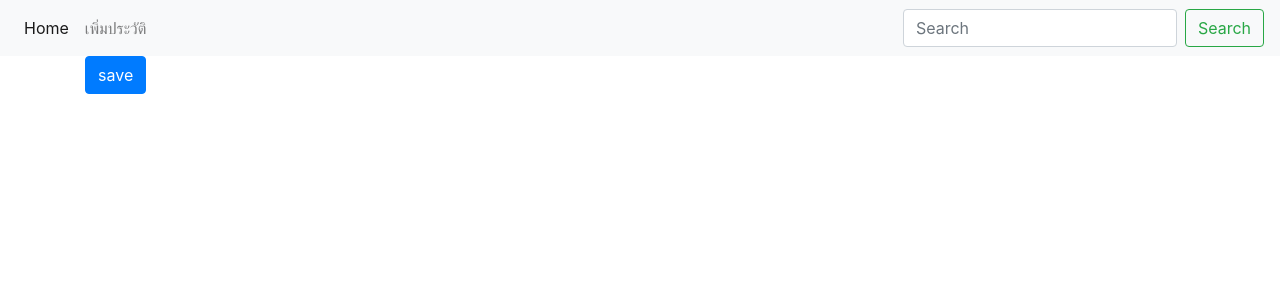
Repository: p2job/javawebapp
Page: http://localhost/demojsp/edit.jsp
The author's editor kept a copy of each file at every save. The page is drawn from the files as they stood at one save, then again after the next save.
The browser window is 1280 px wide. The pictures show the whole page.
The page is served by Tomcat 9. Queries for data that is not in the repository find no rows.

Above is the page before, as saved 2020-07-31 10:20:45.

### demojsp/WebContent/edit.jsp
<%@page contentType="text/html" pageEncoding="UTF-8"%>
<%@ page import="java.sql.*"  %>
<!DOCTYPE html>
<html>

<head>
    <meta http-equiv="Content-Type" content="text/html; charset=UTF-8">
    <meta name="viewport" content="width=device-width, initial-scale=1, shrink-to-fit=no">
    <link rel="stylesheet" href="https://stackpath.bootstrapcdn.com/bootstrap/4.5.0/css/bootstrap.min.css" integrity="sha384-9aIt2nRpC12Uk9gS9baDl411NQApFmC26EwAOH8WgZl5MYYxFfc+NcPb1dKGj7Sk" crossorigin="anonymous">
    <title>Insert Employee</title>
</head>

<body>
<nav class="navbar navbar-expand-lg navbar-light bg-light">
  <button class="navbar-toggler" type="button" data-toggle="collapse" data-target="#navbarTogglerDemo01" aria-controls="navbarTogglerDemo01" aria-expanded="false" aria-label="Toggle navigation">
    <span class="navbar-toggler-icon"></span>
  </button>
  <div class="collapse navbar-collapse" id="navbarTogglerDemo01">
    <ul class="navbar-nav mr-auto mt-2 mt-lg-0">
      <li class="nav-item active">
        <a class="nav-link" href="index.jsp">Home <span class="sr-only">(current)</span></a>
      </li>
      <li class="nav-item">
        <a class="nav-link" href="insert.jsp">เพิ่มประวัติ</a>
      </li>
    </ul>
    <form class="form-inline my-2 my-lg-0">
      <input class="form-control mr-sm-2" type="search" placeholder="Search" aria-label="Search">
      <button class="btn btn-outline-success my-2 my-sm-0" type="submit">Search</button>
    </form>
  </div>
</nav>
    <div class="container">
      <%
                Connection connect = null;
            	ResultSet rec = null;
            	Statement s= null;
	try {
		Class.forName("com.mysql.jdbc.Driver");
		connect =  DriverManager.getConnection("jdbc:mysql://localhost/employee" +
				"?user=root&password=");
		s = connect.createStatement();
		String sql="SELECT * FROM employee emp LEFT JOIN department de ON de.Department_ID = emp.Department_ID WHERE emp.ID = '"+request.getParameter("ID")+"'";
		rec=s.executeQuery(sql);


	} catch (Exception e) {
		// TODO Auto-generated catch block
		out.println(e.getMessage());
		e.printStackTrace();
	}

	%>
        <form action="insert_data.jsp" method="post">
	<% while((rec!=null)&&(rec.next())) {%>
            <div class="form-row">
                <div class="form-group col-md-2">
                    <label for="inputName_Prefix">คำนำหน้า</label>
                    <select id="Name_Prefix" class="form-control" name="Name_Prefix">
                        <option value="<%= rec.getString("Name_Prefix") %>"><%= rec.getString("Name_Prefix") %></option>
                        <option value="นาย">นาย</option>
                        <option value="นาง">นาง</option>
                        <option value="นางสาว">นางสาว</option>
                    </select>
                </div>
                <div class="form-group col-md-5">
                    <label for="inputFirst_Name">ชื่อ</label>
                    <input type="text" class="form-control" id="First_Name" name="First_Name" value="<%= rec.getString("First_Name") %>">
                </div>
                <div class="form-group col-md-5">
                    <label for="inputLast_Name">นามสกุล</label>
                    <input type="text" class="form-control" id="Last_Name" name="Last_Name" value="<%= rec.getString("Last_Name") %>">
                </div>
            </div>
            <div class="form-row">
                <div class="form-group col-md-5">
                    <label for="inputFirst_Name_Eng">First Name</label>
                    <input type="text" class="form-control" id="First_Name_Eng" name="First_Name_Eng" value="<%= rec.getString("First_Name_Eng") %>">
                </div>
                <div class="form-group col-md-5">
                    <label for="inputLast_Name_Eng">Last Name</label>
                    <input type="text" class="form-control" id="Last_Name_Eng" name="Last_Name_Eng" value="<%= rec.getString("Last_Name_Eng") %>">
                </div>
                <div class="form-group col-md-2">
                    <label for="inputSex">เพศ</label>
                    <select id="Sex" class="form-control" name="Sex">
                        <option value="<%= rec.getString("Sex") %>"><%= rec.getString("Sex") %></option>
                        <option value="ชาย">ชาย</option>
                        <option value="หญิง">หญิง</option>
                    </select>
                </div>
            </div>
            <div class="form-row">
                <div class="form-group col-md-3">
                    <label for="inputBirth_Date">วันเกิด</label>
                    <input type="date" class="form-control" id="Birth_Date" name="Birth_Date" value="<%= rec.getString("Birth_Date") %>">
                </div>
                <div class="form-group col-md-3">
                    <label for="inputNationality">สัญชาติ</label>
                    <input type="text" class="form-control" id="Nationality" name="Nationality" value="<%= rec.getString("Nationality") %>">
                </div>
                <div class="form-group col-md-3">
                    <label for="inputRace">เชื่อชาติ</label>
                    <input type="text" class="form-control" id="Race" name="Race" value="<%= rec.getString("Race") %>">
                </div>
                <div class="form-group col-md-3">
                    <label for="inputReligion">ศาสนา</label>
                    <input type="text" class="form-control" id="Religion" name="Religion" value="<%= rec.getString("Religion") %>">
                </div>
            </div>
            <div class="form-row">
                <div class="form-group col-md-3">
                    <label for="inputPlace_of_Birth">สถานที่เกิด</label>
                    <input type="text" class="form-control" id="Place_of_Birth" name="Place_of_Birth" value="<%= rec.getString("Place_of_Birth") %>">
                </div>
                <div class="form-group col-md-3">
                    <label for="inputAge">อายุ</label>
                    <input type="text" class="form-control" id="Age" name="Age" value="<%= rec.getString("Age") %>">
                </div>
                <div class="form-group col-md-3">
                    <label for="inputWeight">น้ำหนัก</label>
                    <input type="text" class="form-control" id="Weight" name="Weight" value="<%= rec.getString("Weight") %>">
                </div>
                <div class="form-group col-md-3">
                    <label for="inputHeight">ส่วนสูง</label>
                    <input type="text" class="form-control" id="Height" name="Height" value="<%= rec.getString("Height") %>">
                </div>
            </div>
            <div class="form-row">
                <div class="form-group col-md-12">
                    <label for="inputPresent_Address">ที่อยู่ปัจจุบัน</label>
                    <input type="text" class="form-control" id="Present_Address" name="Present_Address" value="<%= rec.getString("Present_Address") %>">
                </div>
            </div>
            <div class="form-row">
            <div class="form-group col-md-3">
                    <label for="inputHome_Tel">โทรศัพท์บ้าน</label>
                    <input type="text" class="form-control" id="Home_Tel" name="Home_Tel" value="<%= rec.getString("Home_Tel") %>">
                </div>
                <div class="form-group col-md-3">
                    <label for="inputMobile">มือถือ</label>
                    <input type="text" class="form-control" id="Mobile" name="Mobile" value="<%= rec.getString("Mobile") %>">
                </div>
                <div class="form-group col-md-3">
                    <label for="inputE-mail">ที่อยู่อีเมล์</label>
                    <input type="email" class="form-control" id="E-mail" name="E-mail" value="<%= rec.getString("E-mail") %>">
                </div>
                <%
	try {
		Class.forName("com.mysql.jdbc.Driver");
		connect =  DriverManager.getConnection("jdbc:mysql://localhost/employee" +
				"?user=root&password=");
		s = connect.createStatement();
		String sql="SELECT * FROM department";
		rec=s.executeQuery(sql);


	} catch (Exception e) {
		// TODO Auto-generated catch block
		out.println(e.getMessage());
		e.printStackTrace();
	}

	%>
                <div class="form-group col-md-3">
                    <label for="inputDepartment_ID">แผนก</label>
                    <select id="Department_ID" class="form-control" name="Department_ID">
                        <% while((rec!=null)&&(rec.next())) {%>
                        <option value="<%= rec.getString("Department_ID") %>"><%= rec.getString("Department_Name") %></option>
                         <% } %>
                    </select>
                </div>
            </div>
              <% } %>
            <button type="submit" class="btn btn-primary">save</button>
        </form>
    </div>


    <script src="https://code.jquery.com/jquery-3.5.1.slim.min.js" integrity="sha384-DfXdz2htPH0lsSSs5nCTpuj/zy4C+OGpamoFVy38MVBnE+IbbVYUew+OrCXaRkfj" crossorigin="anonymous"></script>
    <script src="https://cdn.jsdelivr.net/npm/popper.js@1.16.0/dist/umd/popper.min.js" integrity="sha384-Q6E9RHvbIyZFJoft+2mJbHaEWldlvI9IOYy5n3zV9zzTtmI3UksdQRVvoxMfooAo" crossorigin="anonymous"></script>
    <script src="https://stackpath.bootstrapcdn.com/bootstrap/4.5.0/js/bootstrap.min.js" integrity="sha384-OgVRvuATP1z7JjHLkuOU7Xw704+h835Lr+6QL9UvYjZE3Ipu6Tp75j7Bh/kR0JKI" crossorigin="anonymous"></script>
</body>

</html>

After the next save:
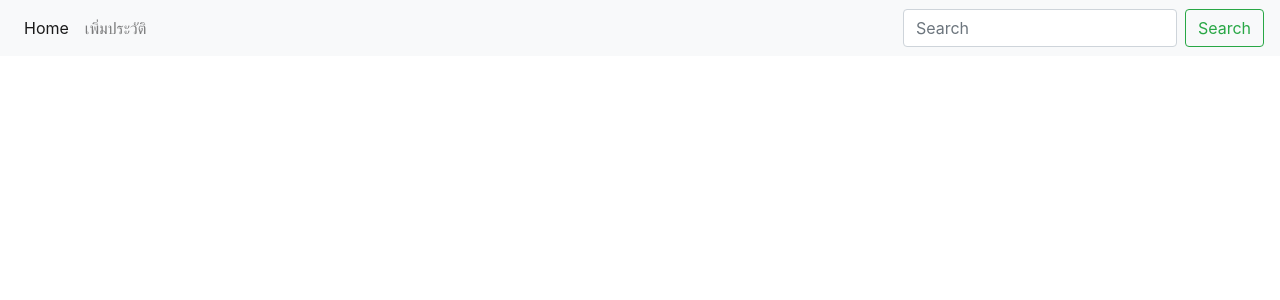
Saved 16 s later.
--- a/demojsp/WebContent/edit.jsp
+++ b/demojsp/WebContent/edit.jsp
@@ -171,9 +171,9 @@
                     </select>
                 </div>
             </div>
-              <% } %>
             <button type="submit" class="btn btn-primary">save</button>
         </form>
+         <% } %>
     </div>
 
 
